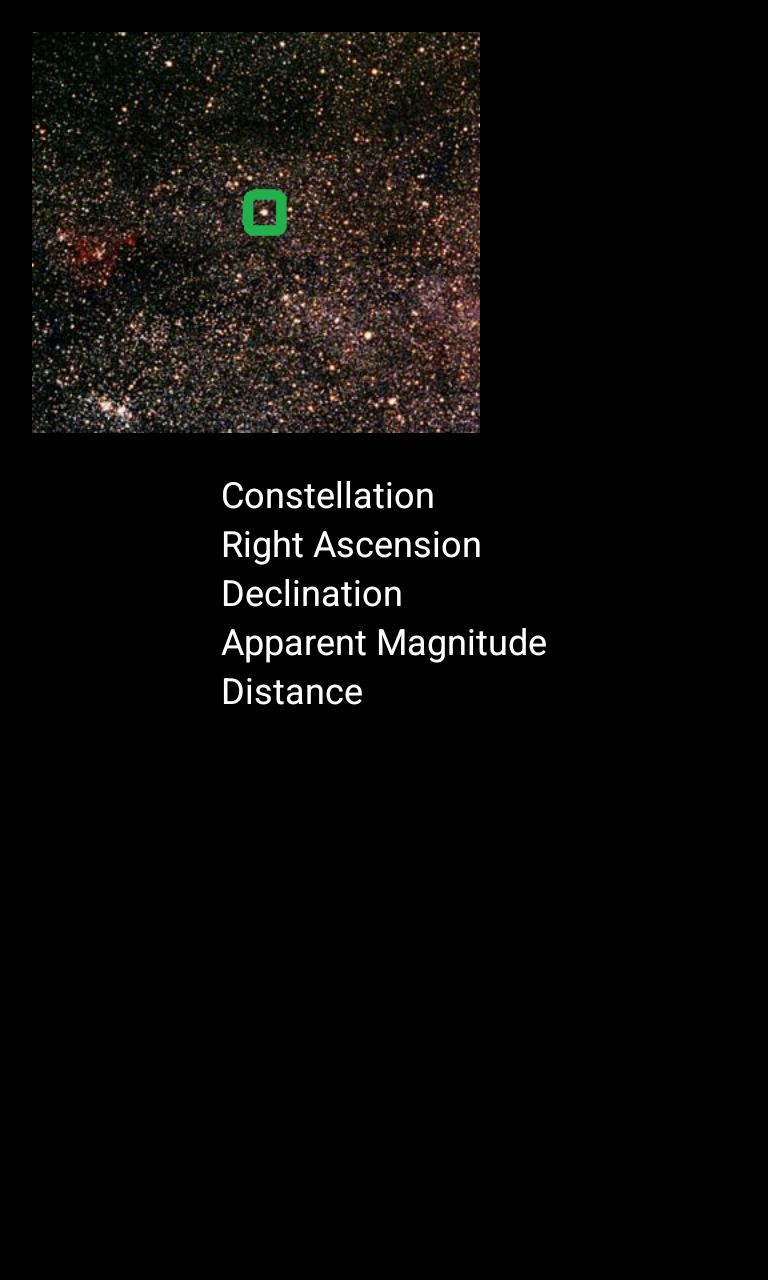
Repository: MoffMade/CSCE315-Android-App
Layout: Constellation Explorer Eclipse Project/Constellation Explorer/res/layout/activity_star_data.xml
An editor plug-in stored every save of this project. The layout is shown before and after the next save, followed by the edit.
It is drawn on a 768 x 1280 px phone screen (xhdpi) without system bars, with theme AppTheme; the app's code is not run.

Above is the layout before, as saved 2013-11-12 03:28:06.

### Constellation Explorer Eclipse Project/Constellation Explorer/res/layout/activity_star_data.xml
<RelativeLayout xmlns:android="http://schemas.android.com/apk/res/android"
    xmlns:tools="http://schemas.android.com/tools"
    android:layout_width="match_parent"
    android:layout_height="match_parent"
    android:background="@color/black"
    android:paddingBottom="@dimen/activity_vertical_margin"
    android:paddingLeft="@dimen/activity_horizontal_margin"
    android:paddingRight="@dimen/activity_horizontal_margin"
    android:paddingTop="@dimen/activity_vertical_margin"
    tools:context=".StarDataActivity" >

    <ImageView
        android:id="@+id/imageView1"
        android:layout_width="wrap_content"
        android:layout_height="wrap_content"
        android:src="@drawable/segin_star" />

    <TableLayout
        android:id="@+id/TableLayout1"
        android:layout_width="wrap_content"
        android:layout_height="wrap_content"
        android:layout_below="@+id/imageView1"
        android:layout_centerHorizontal="true"
        android:layout_marginTop="18dp" >

        <TableRow
            android:id="@+id/tableRow1"
            android:layout_width="wrap_content"
            android:layout_height="wrap_content" >

            <TextView
                android:id="@+id/textView1"
                android:layout_width="wrap_content"
                android:layout_height="wrap_content"
                android:text="@string/constellation"
                android:textAppearance="?android:attr/textAppearanceMedium"
                android:textColor="@color/main_menu_text_color" />
        </TableRow>

        <TableRow
            android:id="@+id/tableRow2"
            android:layout_width="wrap_content"
            android:layout_height="wrap_content" >

            <TextView
                android:id="@+id/textView2"
                android:layout_width="wrap_content"
                android:layout_height="wrap_content"
                android:text="@string/right_ascension"
                android:textAppearance="?android:attr/textAppearanceMedium"
                android:textColor="@color/main_menu_text_color" />
        </TableRow>

        <TableRow
            android:id="@+id/tableRow3"
            android:layout_width="wrap_content"
            android:layout_height="wrap_content" >

            <TextView
                android:id="@+id/textView3"
                android:layout_width="wrap_content"
                android:layout_height="wrap_content"
                android:text="@string/declination"
                android:textAppearance="?android:attr/textAppearanceMedium"
                android:textColor="@color/main_menu_text_color" />
        </TableRow>

        <TableRow
            android:id="@+id/tableRow4"
            android:layout_width="wrap_content"
            android:layout_height="wrap_content" >

            <TextView
                android:id="@+id/textView4"
                android:layout_width="wrap_content"
                android:layout_height="wrap_content"
                android:text="@string/magnitude"
                android:textAppearance="?android:attr/textAppearanceMedium"
                android:textColor="@color/main_menu_text_color" />
        </TableRow>

        <TableRow
            android:id="@+id/tableRow5"
            android:layout_width="wrap_content"
            android:layout_height="wrap_content" >

            <TextView
                android:id="@+id/textView5"
                android:layout_width="wrap_content"
                android:layout_height="wrap_content"
                android:text="@string/distance"
                android:textAppearance="?android:attr/textAppearanceMedium"
                android:textColor="@color/main_menu_text_color" />
        </TableRow>
    </TableLayout>

</RelativeLayout>

### Constellation Explorer Eclipse Project/Constellation Explorer/res/values/styles.xml
<resources>

    <!--
        Base application theme, dependent on API level. This theme is replaced
        by AppBaseTheme from res/values-vXX/styles.xml on newer devices.
    -->
    <style name="AppBaseTheme" parent="android:Theme.Light">
        <!--
            Theme customizations available in newer API levels can go in
            res/values-vXX/styles.xml, while customizations related to
            backward-compatibility can go here.
        -->
    </style>

    <!-- Application theme. -->
    <style name="AppTheme" parent="AppBaseTheme">
        <!-- All customizations that are NOT specific to a particular API-level can go here. -->
    </style>
    <color name="main_menu_text_color">#FFFFFF</color>
	<color name="black">#000000</color>
    <style name="load_game_spinner_theme" parent="@android:Theme">
        <item name="android:spinnerItemStyle">@style/SpinnerItem</item>
    </style>

    <style name="SpinnerItem" parent="@android:style/Widget.TextView.SpinnerItem">
        <item name="android:textColor">#FFFFFF</item>
    </style>


</resources>

### Constellation Explorer Eclipse Project/Constellation Explorer/res/values/strings.xml
<?xml version="1.0" encoding="utf-8"?>
<resources>

    <string name="app_name">Constellation Explorer</string>
    <string name="action_settings">Settings</string>
    <string name="new_game_button">Start New Game</string>
    <string name="load_game_button">Load Game</string>
    <string name="help_button">Help</string>
    <string name="help_return_button">Back to Main Menu</string>
    <string name="title_activity_load_game">Load Game</string>

    <string-array name="saved_game_list">
        <item>Game 1</item>
        <item>Game 2</item>
        <item>Game 3</item>
    </string-array>

    <string name="help_text">TEST TEXT FOR HELP MENU\n\n*Use Buttons to navigate\n\n\nAuthors: CSCE315 Team E</string>
    <string name="title_activity_help">Help</string>
    <string name="load_game_helper_text">Tap to select the Game you wish to load:</string>
    <string name="load_game_back">Go Back to Main Menu</string>
    <string name="load_game_select">Start Selected Game</string>
    <string name="title_activity_star_map">Star Map</string>
    <string name="hello_world">Hello world!</string>
    <string name="title_activity_game">Game</string>
    <string name="title_activity_star_data">Star Data</string>
    <string name="quit_button">Quit to Menu</string>
    <string name="save_button">Save Progress</string>
    <string name="move_left_button">Move Left!</string>
    <string name="move_right_button">Move Right!</string>
	<string name="constellation">Constellation</string>
	<string name="right_ascension">Right Ascension</string>
	<string name="declination">Declination</string>
	<string name="magnitude">Apparent Magnitude</string>
	<string name="distance">Distance</string>
</resources>

Loaded but not shown: Constellation Explorer Eclipse Project/Constellation Explorer/res/values-v11/styles.xml (common file); Constellation Explorer Eclipse Project/Constellation Explorer/res/values-v14/styles.xml (common file); Constellation Explorer Eclipse Project/Constellation Explorer/res/values/dimens.xml (common file)

After the next save:
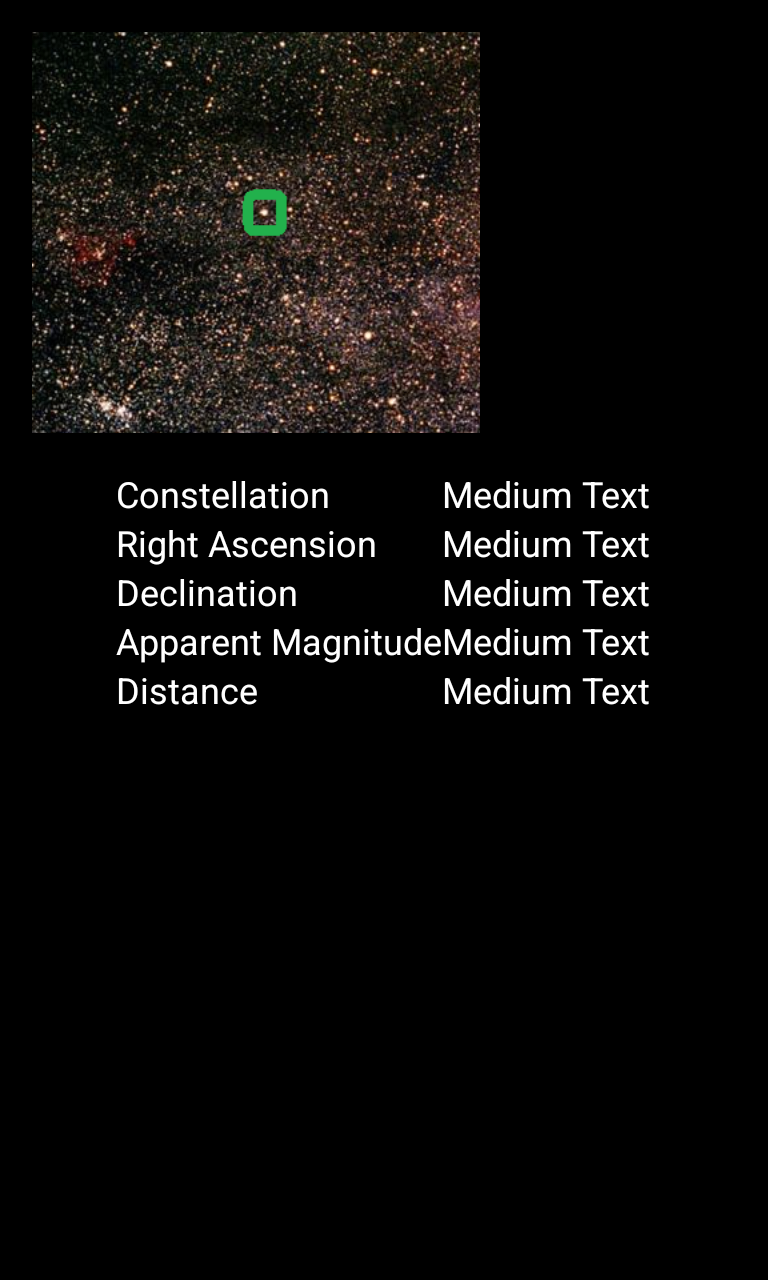
Saved 3 min 53 s later.
--- a/Constellation Explorer Eclipse Project/Constellation Explorer/res/layout/activity_star_data.xml
+++ b/Constellation Explorer Eclipse Project/Constellation Explorer/res/layout/activity_star_data.xml
@@ -35,6 +35,15 @@
                 android:text="@string/constellation"
                 android:textAppearance="?android:attr/textAppearanceMedium"
                 android:textColor="@color/main_menu_text_color" />
+
+            <TextView
+                android:id="@+id/textView6"
+                android:layout_width="wrap_content"
+                android:layout_height="wrap_content"
+                android:text="Medium Text"
+                android:textAppearance="?android:attr/textAppearanceMedium"
+                android:textColor="@color/main_menu_text_color" />
+
         </TableRow>
 
         <TableRow
@@ -49,6 +58,15 @@
                 android:text="@string/right_ascension"
                 android:textAppearance="?android:attr/textAppearanceMedium"
                 android:textColor="@color/main_menu_text_color" />
+
+            <TextView
+                android:id="@+id/textView7"
+                android:layout_width="wrap_content"
+                android:layout_height="wrap_content"
+                android:text="Medium Text"
+                android:textAppearance="?android:attr/textAppearanceMedium"
+                android:textColor="@color/main_menu_text_color" />
+
         </TableRow>
 
         <TableRow
@@ -63,6 +81,15 @@
                 android:text="@string/declination"
                 android:textAppearance="?android:attr/textAppearanceMedium"
                 android:textColor="@color/main_menu_text_color" />
+
+            <TextView
+                android:id="@+id/textView8"
+                android:layout_width="wrap_content"
+                android:layout_height="wrap_content"
+                android:text="Medium Text"
+                android:textAppearance="?android:attr/textAppearanceMedium"
+                android:textColor="@color/main_menu_text_color" />
+
         </TableRow>
 
         <TableRow
@@ -77,6 +104,15 @@
                 android:text="@string/magnitude"
                 android:textAppearance="?android:attr/textAppearanceMedium"
                 android:textColor="@color/main_menu_text_color" />
+
+            <TextView
+                android:id="@+id/textView9"
+                android:layout_width="wrap_content"
+                android:layout_height="wrap_content"
+                android:text="Medium Text"
+                android:textAppearance="?android:attr/textAppearanceMedium"
+                android:textColor="@color/main_menu_text_color" />
+
         </TableRow>
 
         <TableRow
@@ -91,6 +127,15 @@
                 android:text="@string/distance"
                 android:textAppearance="?android:attr/textAppearanceMedium"
                 android:textColor="@color/main_menu_text_color" />
+
+            <TextView
+                android:id="@+id/textView10"
+                android:layout_width="wrap_content"
+                android:layout_height="wrap_content"
+                android:text="Medium Text"
+                android:textAppearance="?android:attr/textAppearanceMedium"
+                android:textColor="@color/main_menu_text_color" />
+
         </TableRow>
     </TableLayout>
 
